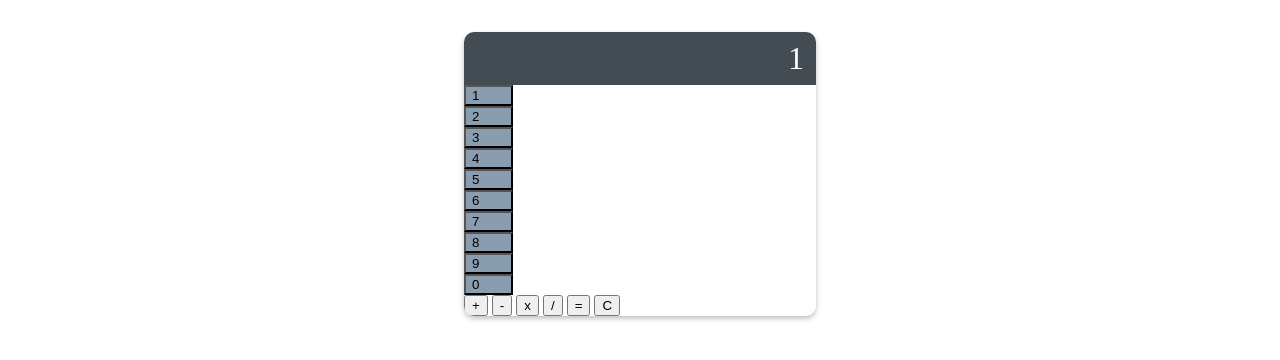
Repository: TEazy2433/LAB-calculator
Page: index.html
The author's editor kept a copy of each file at every save. The page is drawn from the files as they stood at one save, then again after the next save.
The browser window is 1280 px wide. The pictures show the whole page.

Above is the page before, as saved 2023-10-13 17:22:35.

After the next save:
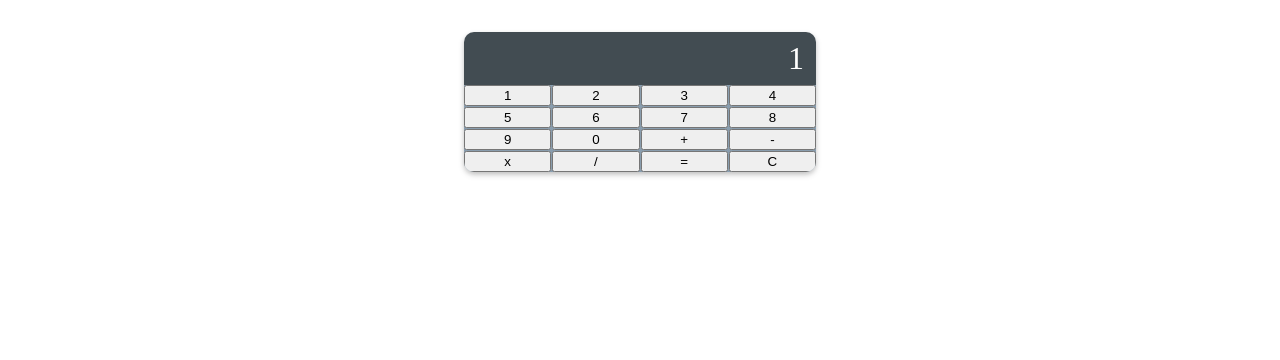
Saved 43 s later.
--- a/main.css
+++ b/main.css
@@ -16,7 +16,7 @@
   padding-inline-end: 0.75rem;
   text-align: end;
 }
-.key{
+.buttons{
   display: grid;
   grid-template-columns: repeat(4, 1fr);
   grid-gap: 1px;
